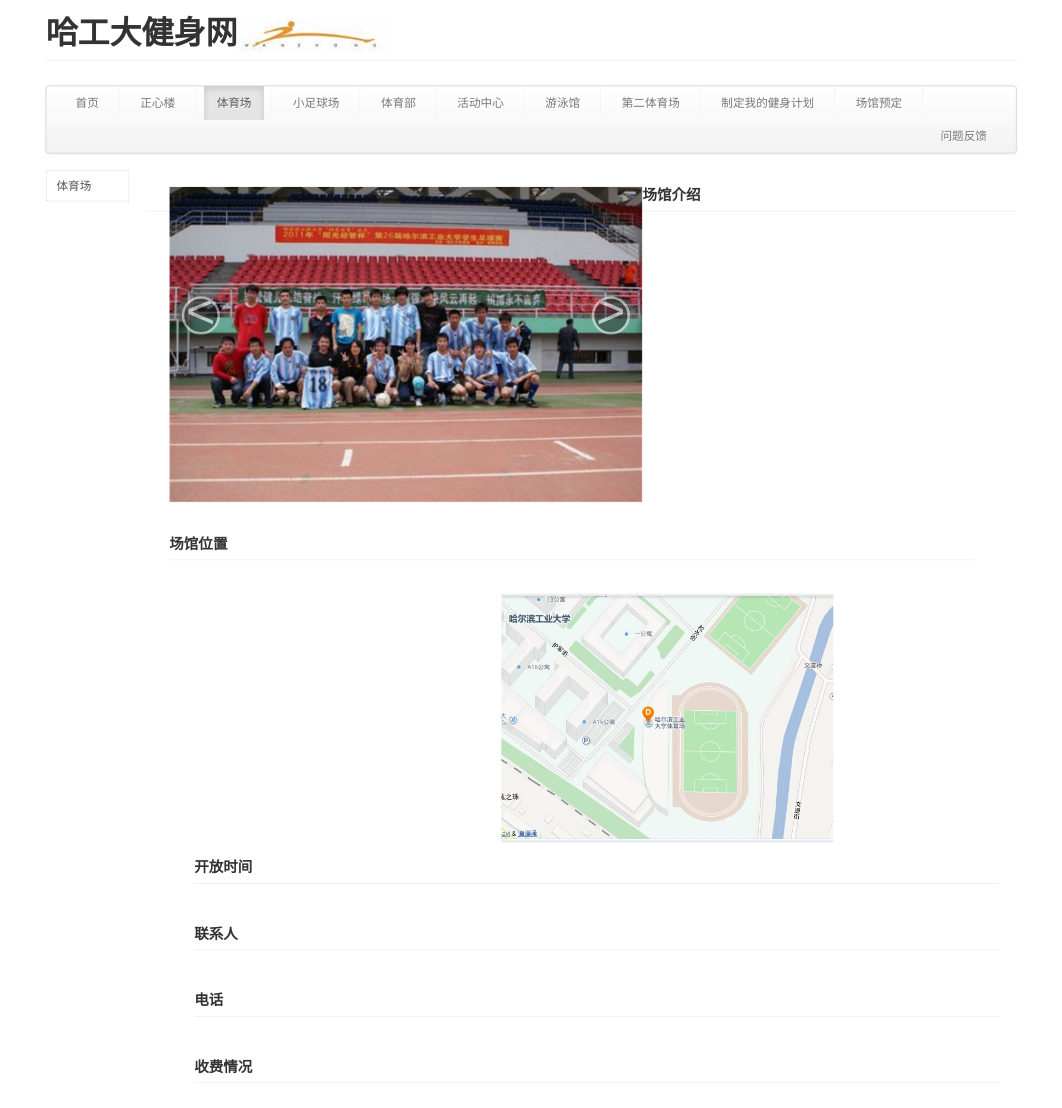
Repository: hitDeveloper/fitness
Page: http://localhost/project/gym.jsp
These files come from the project's save history. The page is drawn as it stood at one moment and after the next save; the edit follows.
The browser window is 1280 px wide. The pictures show the whole page, at 83% of full size.
The page is served by Tomcat 9. Nobody is signed in. The application's start-up code is not run. Other server files are loaded and not shown.

Above is the page before, as saved 2014-11-05 00:12:01.

### Project/project/WebRoot/gym.jsp
<%@ page language="java" import="java.util.*" pageEncoding="UTF-8"%>
<!DOCTYPE html>
<html>
<head>
<title>首页</title>
	<meta name="viewport" content="width=device-width, initial-scale=1.0"  charset="utf-8">
	<link href="bootstrap.min.css" rel="stylesheet" type="text/css" media="screen">
	<link href="bootstrap-responsive.min.css" rel="stylesheet" type="text/css">
</head>
<body>
<div class="container">
<h1 class="page-header" >哈工大健身网<img src="image/logo.jpg"></h1>
<div class="navbar">
<div class="navbar-inner">
<div class="container">
<ul class="nav">
	<li><a href="main.jsp">首页</a></li>
	<li class="divider-vertical"></li>
	<li><a href="zhengxin.jsp">正心楼</a></li>
	<li class="divider-vertical"></li>
	<li class="active"><a href="gym.jsp">体育场</a></li>
	<li class="divider-vertical"></li>
	<li><a href="xiaozuqiuchang.jsp">小足球场</a></li>
	<li class="divider-vertical"></li>
	<li><a href="tiyubu.jsp">体育部</a></li>
	<li class="divider-vertical"></li>
	<li><a href="center.jsp">活动中心</a></li>
	<li class="divider-vertical"></li>
	<li><a href="swimming.jsp">游泳馆</a></li>
	<li class="divider-vertical"></li>
	<li><a href="gym2.jsp">第二体育场</a></li>
	<li class="divider-vertical"></li>
	<li><a href="myplan.jsp">制定我的健身计划</a></li>
	<li class="divider-vertical"></li>
	<li><a href="myplan.jsp">场馆预定</a></li>
	<li class="divider-vertical"></li>
</ul>
<ul class="nav pull-right">
	<li><a href="problem.jsp">问题反馈</a></li>
</ul>
</div>
</div>
</div>

<div class="tabbable tabs-left">
<ul class="nav nav-tabs">
	<li class="active"><a href="#tiyuchang" data-toggle="tab">体育场</a></li>
</ul>
<div class="tab-content">
<div class="tab-pane active" id="tiyuchang">
<div class="span6">
<div class="carousel slide" id="carousel1">
<div class="carousel-inner">
<div class="item active">
<img src="image/gym/tiyuchang/663649004.jpg" alt="">
</div>
<div class="item">
<img src="image/gym/tiyuchang/20096181162573566.jpg" alt="">
</div>
<div class="item">
<img src="image/gym/tiyuchang/cg(1).jpg" alt="">
</div>
<div class="item">
<img src="image/gym/tiyuchang/20070924092256.jpg" alt="">
</div>
</div>
<a href="#carousel1" data-slide="prev" class="left carousel-control"><</a>
<a href="#carousel1" data-slide="next" class="right carousel-control">></a>
</div>
</div>
<div>
<h4 class="page-header">场馆介绍</h4>
<p></p>
</div>
<div class="span10">
<h4 class="page-header">场馆位置</h4>
<div class="span4">
<p></p>
</div>
<div class="span8">
<img src="image/2.jpg" class="pull-right" width="400">
</div>
<div class="span10">
<h4 class="page-header">开放时间</h4>
<p></p>
</div>
<div class="span10">
<h4 class="page-header">联系人</h4>
<p></p>
</div>
<div class="span10">
<h4 class="page-header">电话</h4>
<p></p>
</div>
<div class="span10">
<h4 class="page-header">收费情况</h4>
<p></p>
</div>
</div>
</div>
</div>


</div>
</div>
		<script src="jquery-1.11.1.min.js"></script>
		<script src="bootstrap.min.js"></script>
</body>
</html>

Loaded but not shown: Project/project/WebRoot/bootstrap.min.css (library); Project/project/WebRoot/bootstrap-responsive.min.css (library); Project/project/WebRoot/jquery-1.11.1.min.js (library); Project/project/WebRoot/bootstrap.min.js (library)

After the next save:
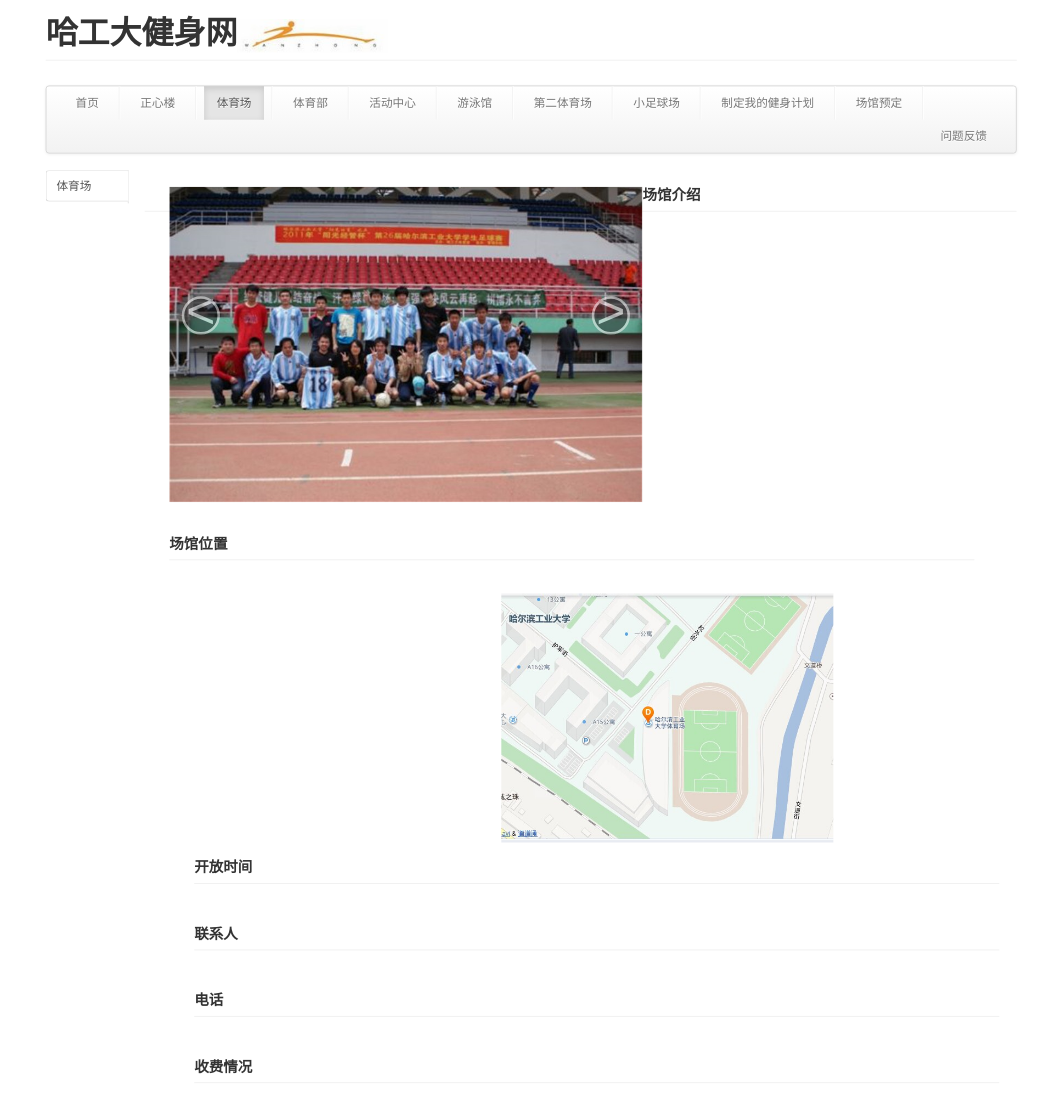
Saved 44 s later.
--- a/Project/project/WebRoot/gym.jsp
+++ b/Project/project/WebRoot/gym.jsp
@@ -20,8 +20,6 @@
 	<li class="divider-vertical"></li>
 	<li class="active"><a href="gym.jsp">体育场</a></li>
 	<li class="divider-vertical"></li>
-	<li><a href="xiaozuqiuchang.jsp">小足球场</a></li>
-	<li class="divider-vertical"></li>
 	<li><a href="tiyubu.jsp">体育部</a></li>
 	<li class="divider-vertical"></li>
 	<li><a href="center.jsp">活动中心</a></li>
@@ -29,6 +27,8 @@
 	<li><a href="swimming.jsp">游泳馆</a></li>
 	<li class="divider-vertical"></li>
 	<li><a href="gym2.jsp">第二体育场</a></li>
+	<li class="divider-vertical"></li>
+	<li><a href="xiaozuqiuchang.jsp">小足球场</a></li>
 	<li class="divider-vertical"></li>
 	<li><a href="myplan.jsp">制定我的健身计划</a></li>
 	<li class="divider-vertical"></li>
